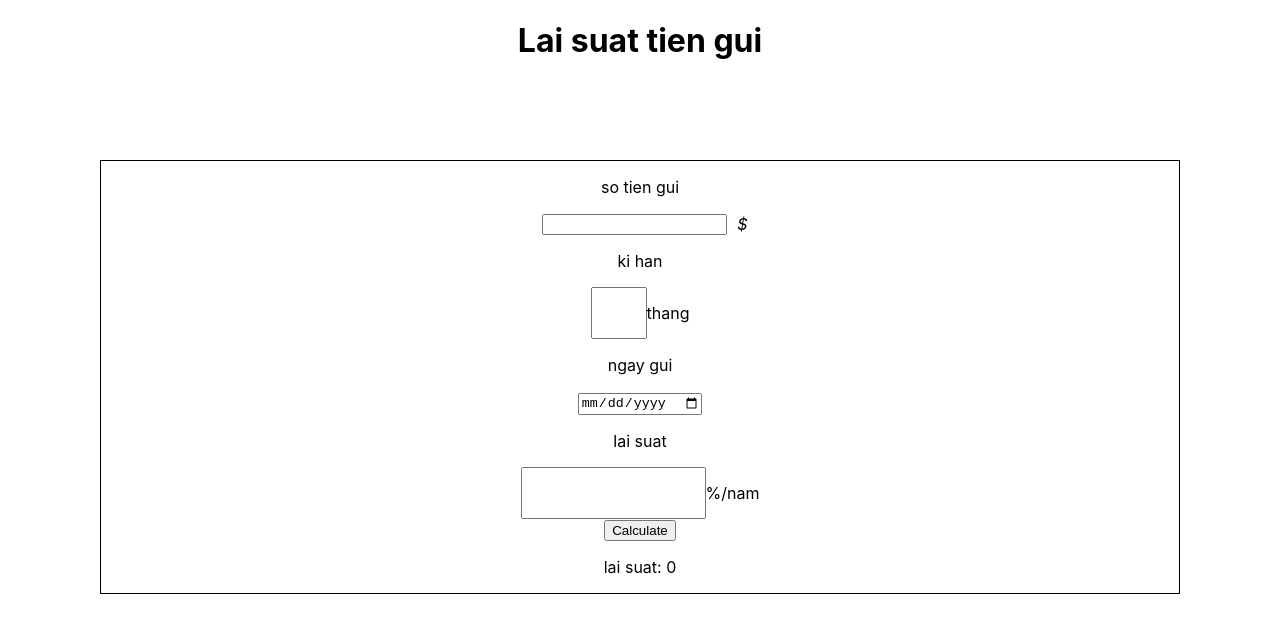
Repository: Trinvm1997/ReactExercise
Page: / (app in interest_rate/)
These files come from the project's save history. The page is drawn as it stood at one moment and after the next save; the edit follows.
The browser window is 1280 px wide. The pictures show the whole page.
The project was rebuilt for these pictures with package versions that can differ from the ones it lists, and the page was loaded fresh each time.

Above is the page before, as saved 2020-12-24 10:08:05.

### interest_rate/src/App.js
import './App.css';
import React, { Component } from 'react';

class App extends Component {
  constructor(props) {
    super(props);
    this.state = {
      money:0,
      time:0,
      interestRate:0,
      interest:0
    };
    this.handleChange = this.handleChange.bind(this);
    this.handleSubmit = this.handleSubmit.bind(this);
  }

  handleChange(event) {
    const value = event.target.value;
    const name = event.target.name;
    this.setState({
      [name]: value
    });
  }

  handleSubmit(event){
    event.preventDefault();
    this.setState({
      interest: this.state.money*(this.state.time/12)*this.state.interestRate
    })
  }

  render() {
    return (
      <div className="App">
        <h1>Lai suat tien gui</h1>
        <form>
          <p>so tien gui</p>
          <div style={{display: "inline-flex"}}>
            <input onChange={this.handleChange} name="money" type="number" min="1" step="1"></input><i>$</i>
          </div>
          <p>ki han</p>
          <div style={{display: "inline-flex"}}>
            <input onChange={this.handleChange} name="time" type="number" min="1" max="36" step="1"></input><p>thang</p>
          </div>
          <p>ngay gui</p>
          <input type="date"></input>
          <p>lai suat</p>
          <div style={{display: "inline-flex"}}>
            <input onChange={this.handleChange} name="interestRate" type="number" step="0.01"></input><p>%/nam</p>
          </div>
          <br />
          <button onClick={this.handleSubmit}>Calculate</button>
          <p>lai suat: {this.state.interest}</p>
        </form>
      </div>
    );
  }
}

export default App;

### interest_rate/src/App.css
.App {
  text-align: center;
}

.App-logo {
  height: 40vmin;
  pointer-events: none;
}

@media (prefers-reduced-motion: no-preference) {
  .App-logo {
    animation: App-logo-spin infinite 20s linear;
  }
}

.App-header {
  background-color: #282c34;
  min-height: 100vh;
  display: flex;
  flex-direction: column;
  align-items: center;
  justify-content: center;
  font-size: calc(10px + 2vmin);
  color: white;
}

.App-link {
  color: #61dafb;
}

i {
  margin-left: 5%;
}

@keyframes App-logo-spin {
  from {
    transform: rotate(0deg);
  }
  to {
    transform: rotate(360deg);
  }
}

form {
  margin: 100px;
  border: 1px solid black;
}

Loaded but not shown: interest_rate/public/index.html (common file); interest_rate/src/index.js (common file); interest_rate/src/index.css (common file); interest_rate/src/reportWebVitals.js (common file)

After the next save:
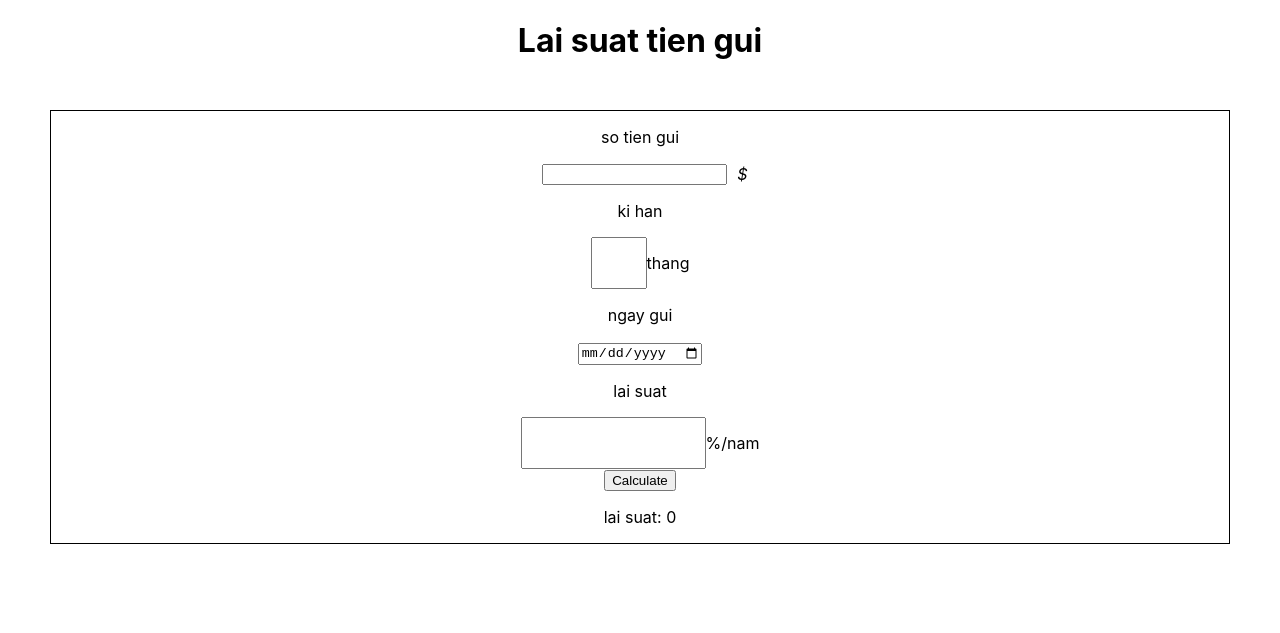
Saved 9 s later.
--- a/interest_rate/src/App.css
+++ b/interest_rate/src/App.css
@@ -42,6 +42,6 @@ i {
 }
 
 form {
-  margin: 100px;
+  margin: 50px;
   border: 1px solid black;
 }
